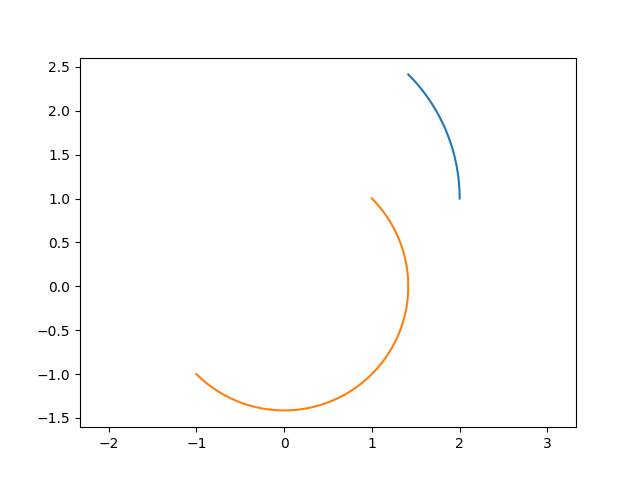
Repository: lbylzkx/Circle-Point-Manuscript
Script's output: python draw_flower_test.py
The author's editor kept a copy of each file at every save. The script's output is drawn from the files as they stood at one save, then again after the next save.
Random numbers start from a fixed seed.

Above is the script's output before, as saved 2023-09-20 09:56:28.

### draw_flower_test.py
import draw_arc

draw_arc.arc((0, 1), (2, 1), (1, 2))
draw_arc.arc((0, 0), (-1, -1), (1, 1))

### draw_arc.py
import matplotlib.pyplot as plt
import numpy as np


def arc(center, point1, point2):
    # 计算端点到圆心的向量
    vector1 = np.array(point1) - np.array(center)
    vector2 = np.array(point2) - np.array(center)

    # 计算向量的模长
    r1 = np.linalg.norm(vector1)
    r2 = np.linalg.norm(vector2)

    # 计算向量之间的夹角
    theta1 = np.arctan2(vector1[1], vector1[0])
    theta2 = np.arctan2(vector2[1], vector2[0])

    # 确保 theta2 > theta1
    if theta2 < theta1:
        theta2 += 2 * np.pi

    # 计算圆弧上的点
    t = np.linspace(theta1, theta2, 100)
    x = center[0] + r1 * np.cos(t)
    y = center[1] + r1 * np.sin(t)

    # 绘制圆弧
    plt.plot(x, y)


# 示例
# draw_arc((1, 1), (2, 1), (1, 0))
# draw_arc((1, 1), (1, 0), (2, 1))
# arc((0, 0), (-1, -1), (1, 1))

arc((0, 1), (2, 1), (1, 2))
arc((0, 0), (-1, -1), (1, 1))


plt.axis('equal')
plt.show()

After the next save:
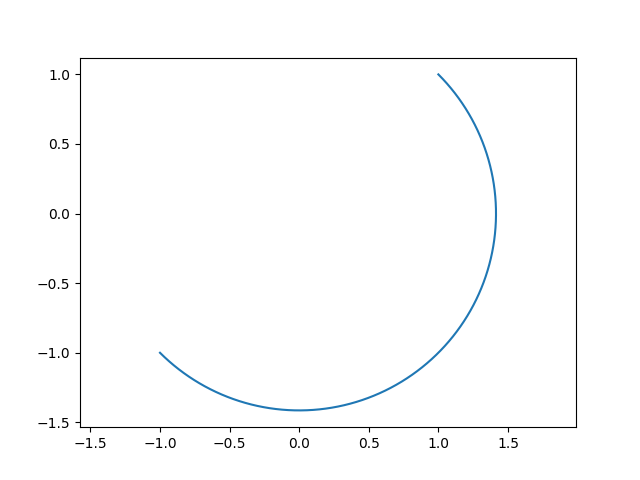
Saved 9 s later.
--- a/draw_arc.py
+++ b/draw_arc.py
@@ -31,11 +31,6 @@ def arc(center, point1, point2):
 # 示例
 # draw_arc((1, 1), (2, 1), (1, 0))
 # draw_arc((1, 1), (1, 0), (2, 1))
-# arc((0, 0), (-1, -1), (1, 1))
-
-arc((0, 1), (2, 1), (1, 2))
 arc((0, 0), (-1, -1), (1, 1))
-
-
 plt.axis('equal')
 plt.show()
